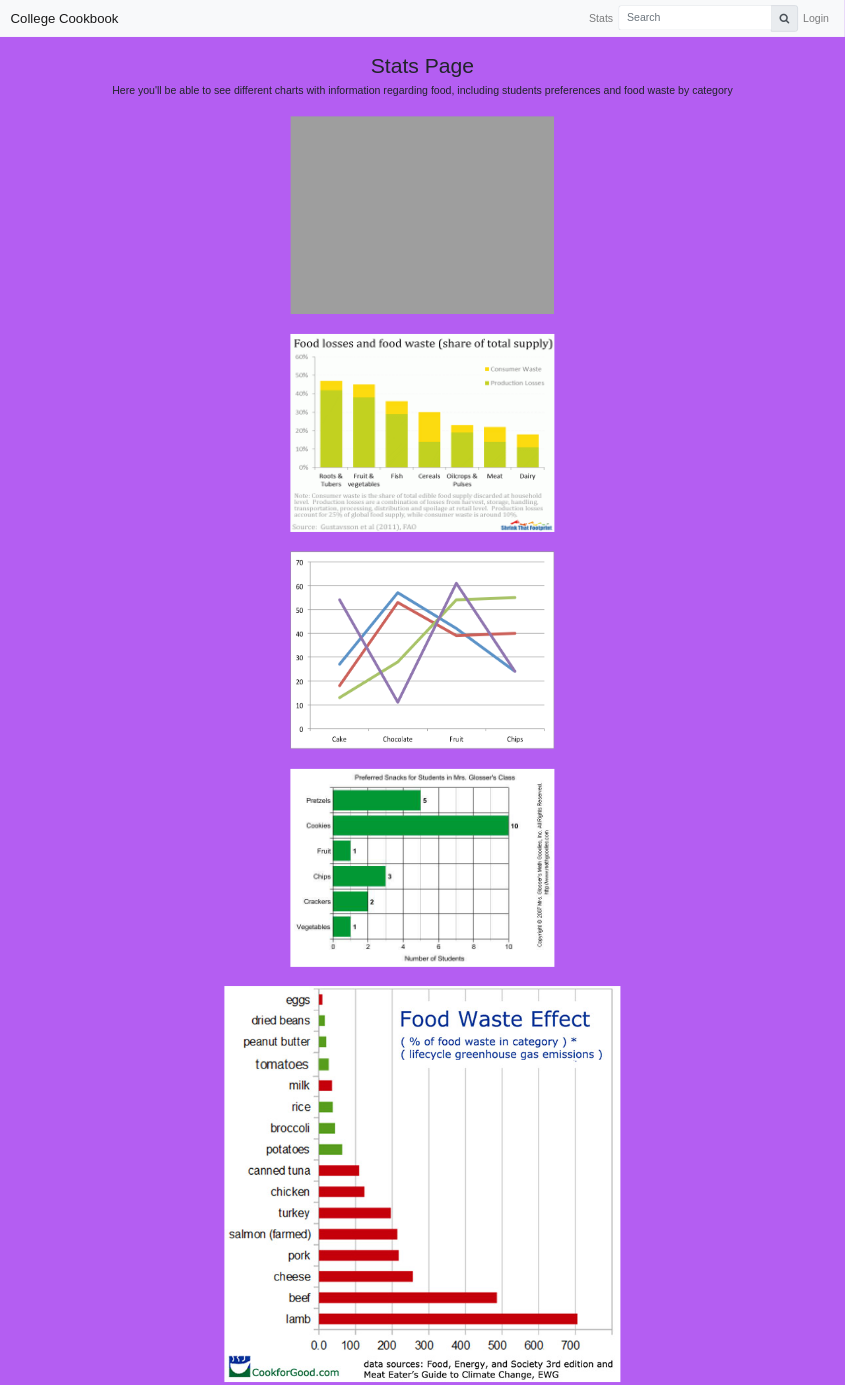
Repository: iiostefanos/college-cookbook
Page: http://localhost/stats
The author's editor kept a record of every edit. The page is drawn from the files as they stood at one moment, then again after the next edit.
The browser window is 1280 px wide. The pictures show the whole page, at 66% of full size.
Pictures or frames that could not be fetched are drawn as grey boxes. The page is served by the project's application, run on Flask 3 (app.py). Queries for data that is not in the repository find no rows.

Above is the page before.

After the next edit:
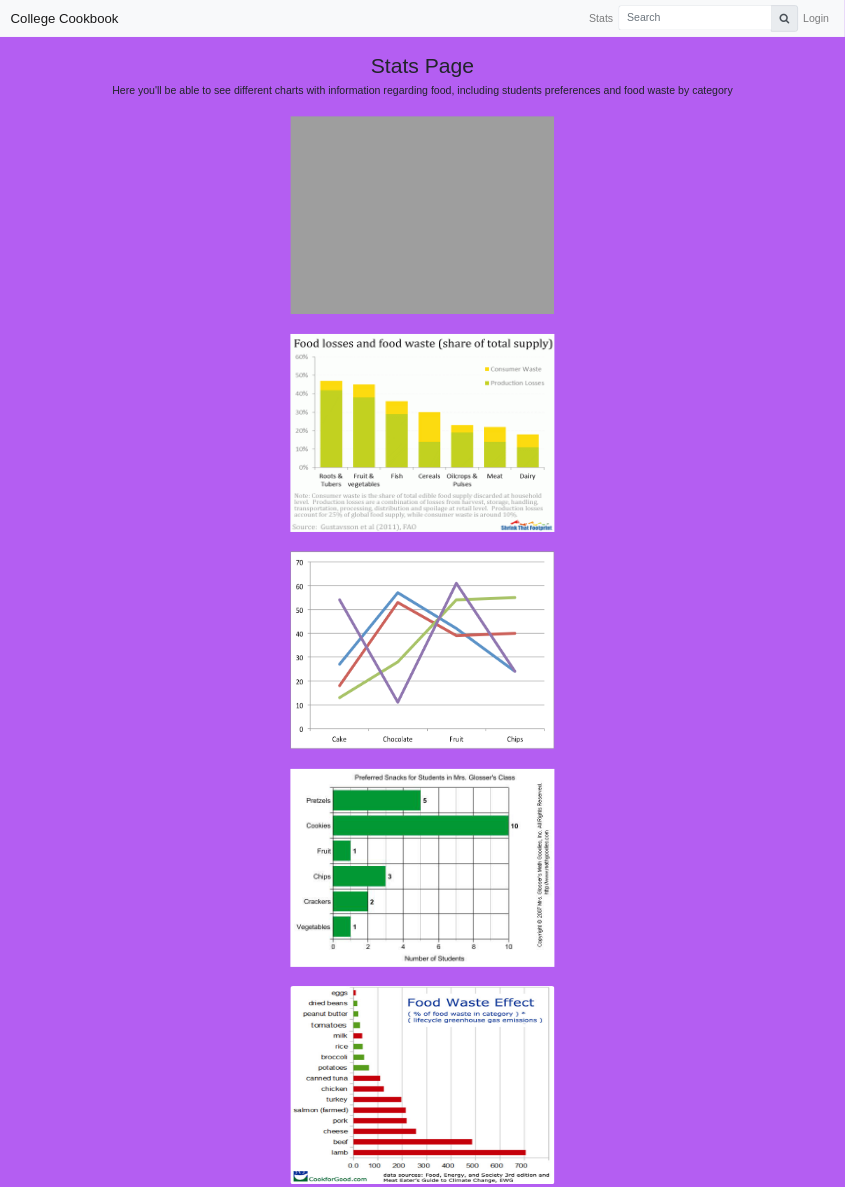
The edit:
--- a/templates/stats.html
+++ b/templates/stats.html
@@ -28,8 +28,8 @@
 </div>
 
 <div class="container">
-    <div class="row justify-content-center">
-    <img src="../static/img/chart5.jpg" class="img-fluid" alt="Responsive image">
+    <div class="row justify-content-center charts">
+    <img src="../static/img/chart5.jpg" class="img-fluid rounded" alt="Responsive image">
     </div>
 </div>
 
